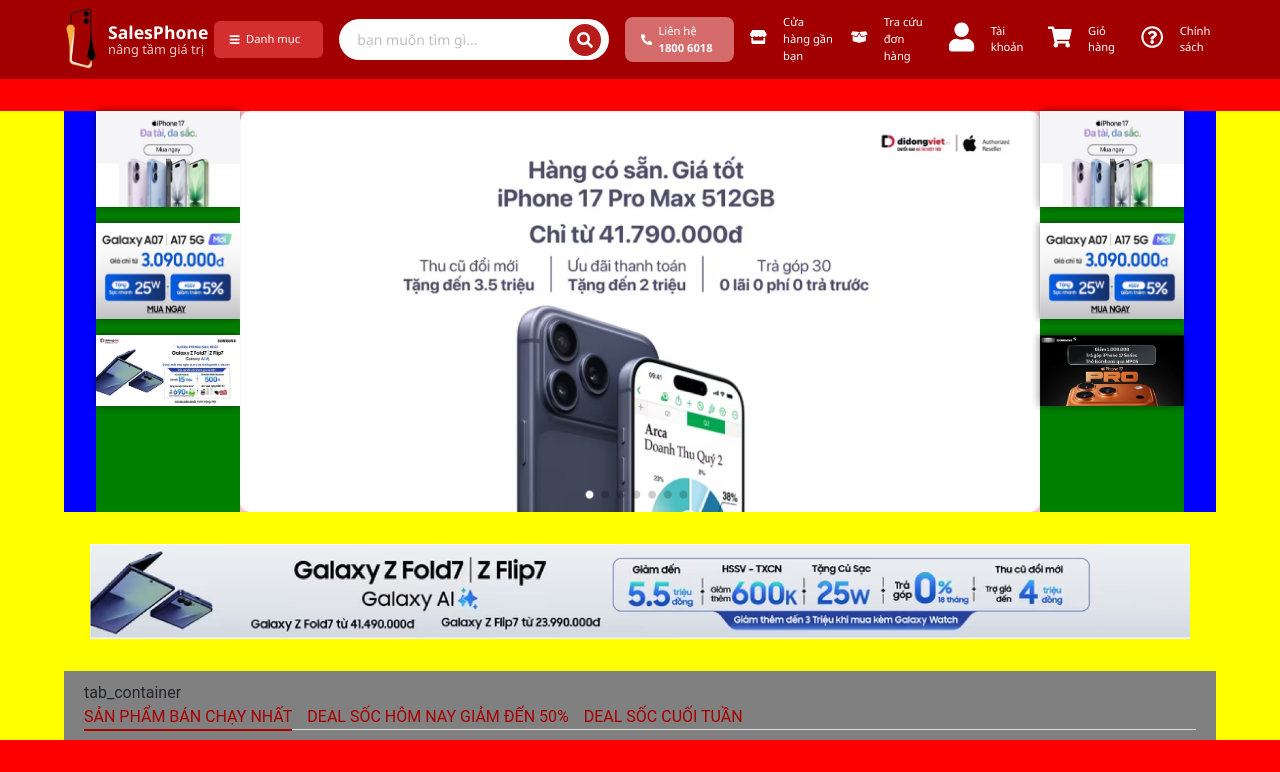
Repository: nguyenhuuluanTTB/cn-da22ttb-nguyenhuuluan-website_salesphone-nextjs_nodejs
Page: /home (app in Project_SalesPhone/client/salesphone/)
These files come from the project's save history. The page is drawn as it stood at one moment and after the next save; the edit follows.
The browser window is 1280 px wide. The pictures show the whole page.
The project was rebuilt for these pictures with package versions that can differ from the ones it lists, and the page was loaded fresh each time. The framework's server and built-in components were replaced by stand-ins that run in the browser. Also part of the build but not shown: Project_SalesPhone/client/salesphone/next.config.ts.

Above is the page before, as saved 2025-11-06 21:40:08.

After the next save:
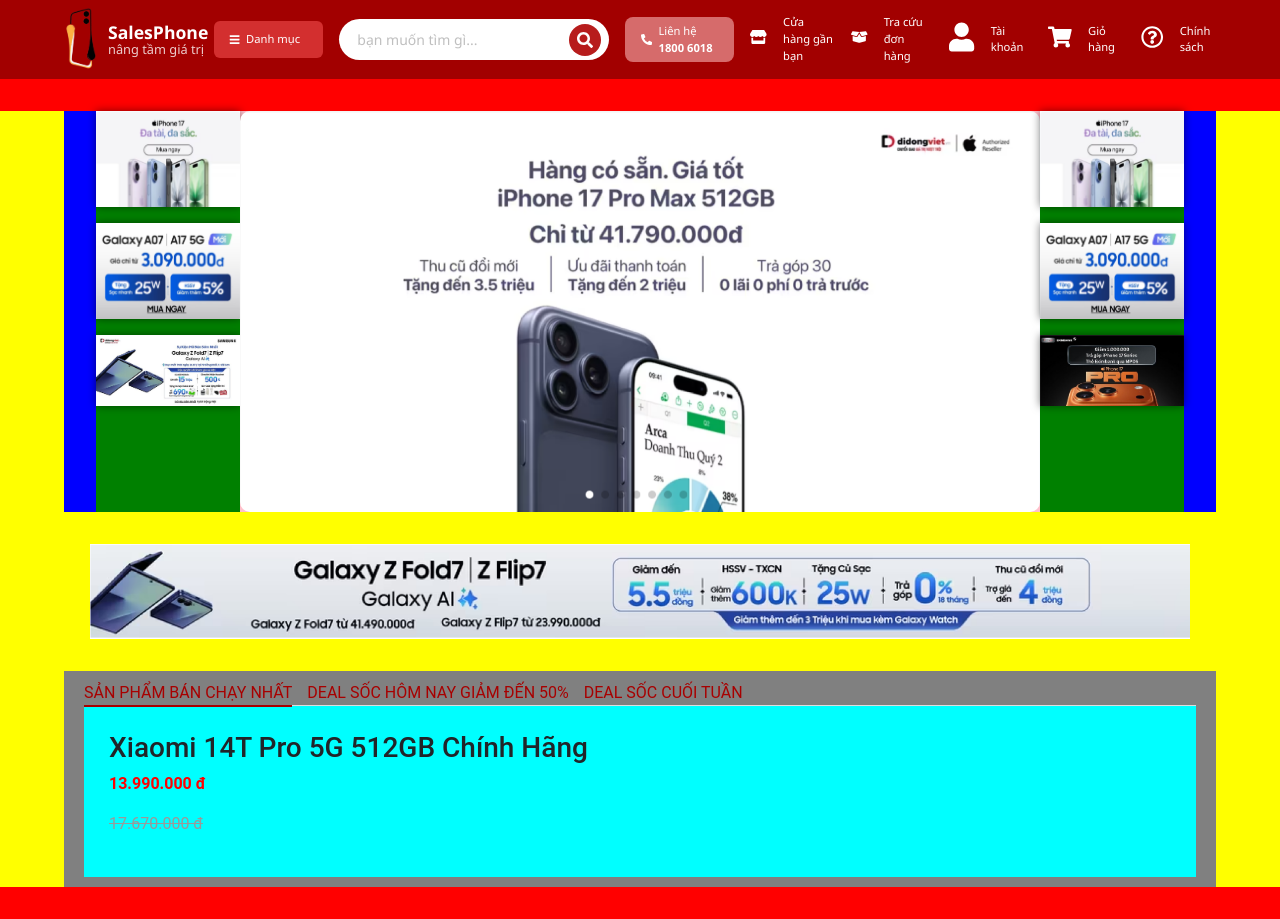
Saved 1 s later.
--- a/Project_SalesPhone/client/salesphone/app/home/page.tsx
+++ b/Project_SalesPhone/client/salesphone/app/home/page.tsx
@@ -68,7 +68,7 @@
                 <Image src={ad_large} style={{width: '95.5%', margin: '2rem auto'}} alt='quang cao to'/> {/*adlarge */}
 
                 <div className={styles.tab_container}> {/*tab_container */}
-                    tab_container
+
                     <div className={styles.tab_header}> {/*tab_header */}
                         <button
                             className={activeTab === "tab1" ? styles.active : ""}
@@ -89,12 +89,27 @@
                             DEAL SỐC CUỐI TUẦN
                         </button>
 
-
                     </div>
 
-                    <div> {/*tab_content */}
+                    <div className= {styles.tab_content}> {/*tab_content */}
 
-
+                         {activeTab === "tab1" && (
+                        <div className={styles.tab_item}>
+                            <h3>Xiaomi 14T Pro 5G 512GB Chính Hãng</h3>
+                            <p className={styles.price}>13.990.000 đ</p>
+                            <p className={styles.old_price}>17.670.000 đ</p>
+                        </div>
+                        )}
+                        {activeTab === "tab2" && (
+                        <div className={styles.tab_item}>
+                            <p>Danh sách deal sốc hôm nay...</p>
+                        </div>
+                        )}
+                        {activeTab === "tab3" && (
+                        <div className={styles.tab_item}>
+                            <p>Danh sách deal cuối tuần...</p>
+                        </div>
+                        )}
 
                     </div>
 
